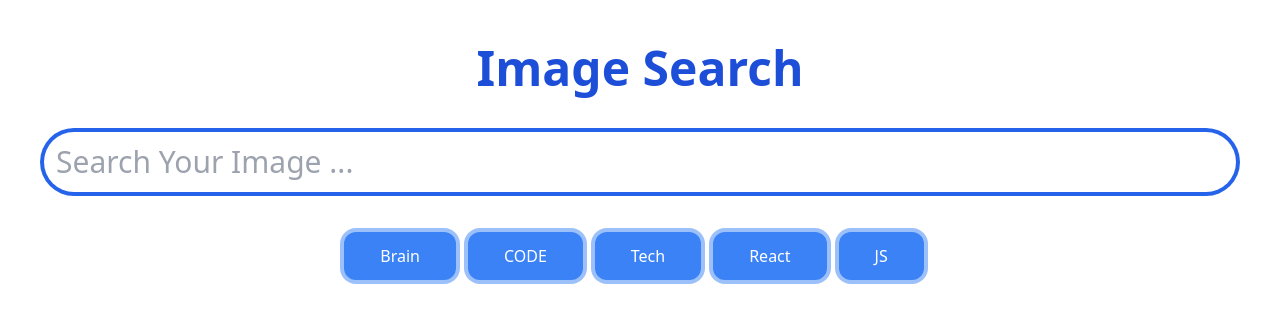
Repository: rkrukshan/react-image-gallery
Page: /
These files come from the project's save history. The page is drawn as it stood at one moment and after a run of saves; the edit follows.
The browser window is 1280 px wide. The pictures show the whole page.
The project was rebuilt for these pictures with package versions that can differ from the ones it lists, and the page was loaded fresh each time. Also part of the build but not shown: vite.config.js.

Above is the page before, as saved 2025-01-07 13:12:23.

After the next 2 saves:
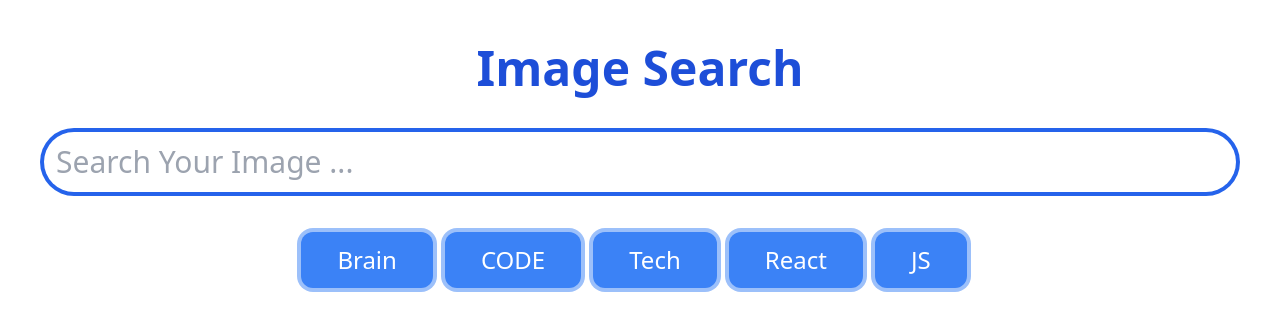
The 2 saves are shown as one change because they came seconds apart.
The last was saved 29 s later.
--- a/src/index.css
+++ b/src/index.css
@@ -3,5 +3,5 @@
 @tailwind utilities;
 
 .btn {
-  @apply bg-blue-500 text-white px-9 py-3 mr-3 rounded-xl ring-4 hover:ring-slate-400;
+  @apply bg-blue-500 text-white px-9 py-3 mr-3 rounded-xl ring-4 text-2xl hover:ring-slate-400;
 }
